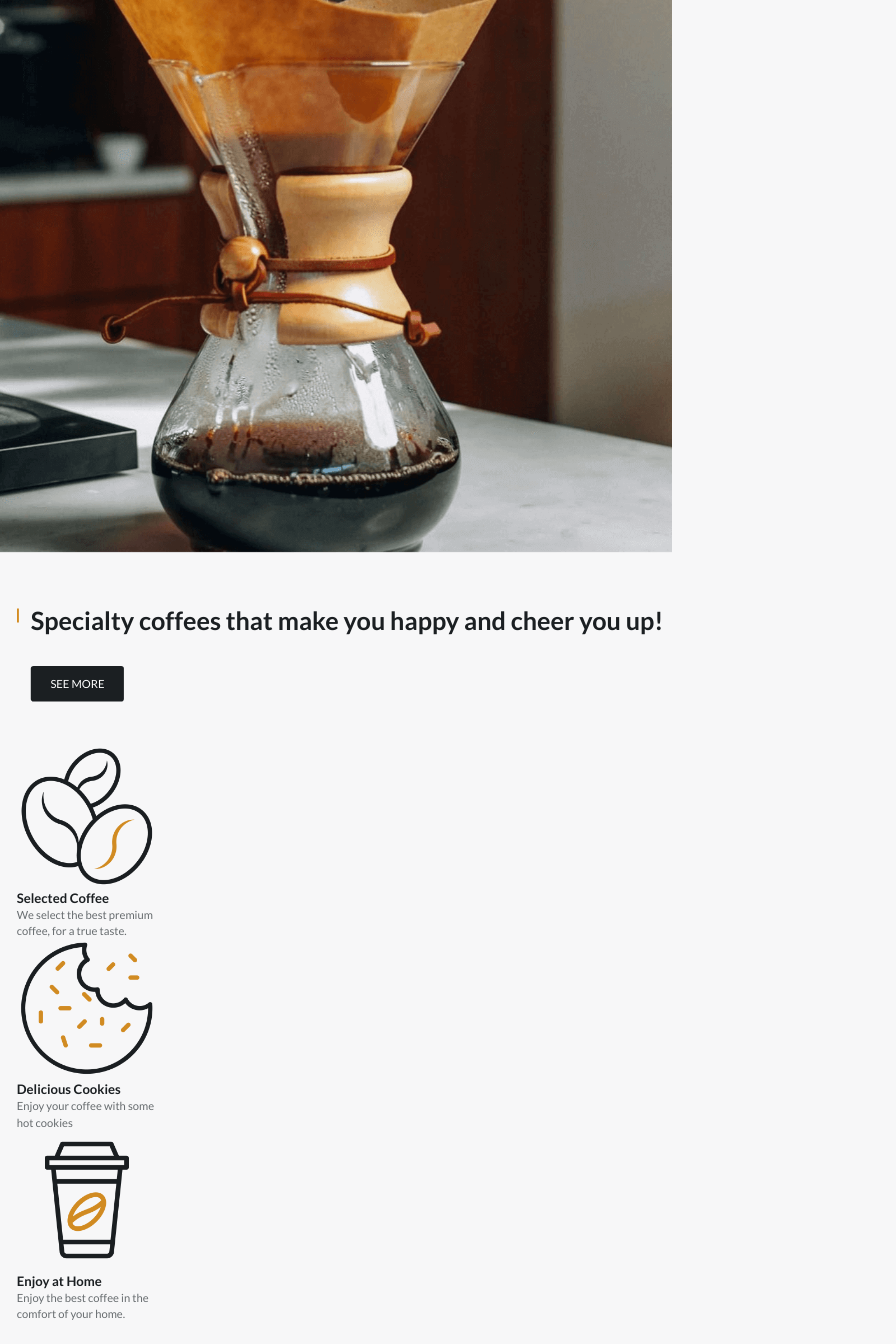
Repository: phong121020/coffee-responsive
Page: index.html
The author's editor kept a copy of each file at every save. The page is drawn from the files as they stood at one save, then again after the next save.
The browser window is 1280 px wide. The pictures show the part of the page from y = 746 to 2666 px (the page is 2666 px tall), at 70% of full size.

Above is the page before, as saved 2022-03-06 19:00:20.

### index.html
<!DOCTYPE html>
<html lang="en">
  <head>
    <meta charset="UTF-8" />
    <meta http-equiv="X-UA-Compatible" content="IE=edge" />
    <meta name="viewport" content="width=device-width, initial-scale=1.0" />
    <!-- link -->
    <link rel="stylesheet" href="./assets/css/style.css" />
    <!-- favicon -->
    <link
      rel="shortcut icon"
      href="./assets/img/favicon.png"
      type="image/x-icon"
    />
    <title>Document</title>
    <!-- boxicon -->
    <link
      href="https://unpkg.com/boxicons@2.1.1/css/boxicons.min.css"
      rel="stylesheet"
    />
  </head>
  <body>
    <!-- HEADER -->
    <header class="header" id="header">
      <nav class="nav container">
        <a href="#" class="nav__logo">
          <img src="./assets/img/logo.png" alt="" class="nav__logo-img" />
          Coffee.
        </a>
        <div class="nav__menu" id="nav-menu">
          <ul class="nav__list">
            <li class="nav__item">
              <a href="#home" class="nav__link">Home</a>
            </li>
            <li class="nav__item">
              <a href="#products" class="nav__link">Products</a>
            </li>
            <li class="nav__item">
              <a href="#premium" class="nav__link">Premium</a>
            </li>
            <li class="nav__item">
              <a href="#blog" class="nav__link">Blog</a>
            </li>
          </ul>
          <div class="nav__close" id="nav-close">
            <i class="bx bx-x"></i>
          </div>
        </div>
        <!-- Toggle button -->
        <div class="nav__toggle" id="nav-toggle">
          <i class="bx bx-grid-alt"></i>
        </div>
      </nav>
    </header>
    <!-- MAIN -->
    <main>
      <!-- HOME -->
      <section class="home grid" id="home">
        <div class="home__container">
          <div class="home__content container">
            <h1 class="home__title">
              Choose Your Favorite Coffe And Enjoy <span>.</span>
            </h1>
            <p class="home__desc">Buy the best and delicious coffees</p>
            <div class="home__data">
              <div class="home__data-group">
                <h2 class="home__data-number">120K</h2>
                <h3 class="home__data-title">Testimonials</h3>
                <p class="home__data-desc">
                  Testimonials from various customers who trust us.
                </p>
              </div>
              <div class="home__data-group">
                <h2 class="home__data-number">340+</h2>
                <h3 class="home__data-title">Exclusive Product</h3>
                <p class="home__data-desc">
                  Premium preparation with quality ingredients.
                </p>
              </div>
            </div>
            <a href="#specialty">
              <img src="./assets/img/scroll.png" alt="" class="home__scroll" />
            </a>
          </div>
        </div>
        <img src="./assets/img/home.png" alt="" class="home__img" />
      </section>
      <!-- ESPECIALTY-->
      <div class="specialty section container">
        <div class="specialty__container">
          <div class="specialty__box">
            <h2 class="section__title">
              Specialty coffees that make you happy and cheer you up!
            </h2>
            <div>
              <a href="#" class="button specialty__button">See more</a>
            </div>
          </div>
          <div class="specialty__catergory">
            <div class="specialty__group">
              <img
                src="./assets/img/specialty1.png"
                alt=""
                class="specialty__img"
              />
              <h3 class="specialty__title">Selected Coffee</h3>
              <p class="specialty__desc">
                We select the best premium coffee, for a true taste.
              </p>
            </div>
            <div class="specialty__group">
              <img
                src="./assets/img/specialty2.png"
                alt=""
                class="specialty__img"
              />
              <h3 class="specialty__title">Delicious Cookies</h3>
              <p class="specialty__desc">
                Enjoy your coffee with some hot cookies
              </p>
            </div>
            <div class="specialty__group">
              <img
                src="./assets/img/specialty3.png"
                alt=""
                class="specialty__img"
              />
              <h3 class="specialty__title">Enjoy at Home</h3>
              <p class="specialty__desc">
                Enjoy the best coffee in the comfort of your home.
              </p>
            </div>
          </div>
        </div>
      </div>
    </main>
    <!-- JS -->
    <script src="./assets/js/app.js"></script>
  </body>
</html>

### assets/css/style.css
/*=============== GOOGLE FONTS ===============*/
@import url("https://fonts.googleapis.com/css2?family=Lato:wght@400;700&display=swap");

/*=============== VARIABLES CSS ===============*/
:root {
  --header-height: 3.5rem;

  /*========== Colors ==========*/
  --first-color: hsl(36, 72%, 48%);
  --first-color-alt: hsl(36, 72%, 44%);
  --black-color: hsl(206, 12%, 12%);
  --card-color: hsl(0, 0%, 90%);
  --title-color: hsl(206, 12%, 12%);
  --text-color: hsl(206, 4%, 42%);
  --text-color-light: hsl(206, 4%, 75%);
  --body-color: hsl(206, 4%, 97%);
  --container-color: #fff;

  /*========== Font and typography ==========*/
  --body-font: "Lato", sans-serif;
  --biggest-font-size: 2.25rem;
  --h1-font-size: 1.5rem;
  --h2-font-size: 1.25rem;
  --h3-font-size: 1rem;
  --normal-font-size: 0.938rem;
  --small-font-size: 0.813rem;
  --smaller-font-size: 0.75rem;

  /*========== Font weight ==========*/
  --font-bold: 700;

  /*========== z index ==========*/
  --z-tooltip: 10;
  --z-fixed: 100;
}

@media screen and (min-width: 968px) {
  :root {
    --biggest-font-size: 3.5rem;
    --h1-font-size: 2.25rem;
    --h2-font-size: 1.5rem;
    --h3-font-size: 1.25rem;
    --normal-font-size: 1rem;
    --small-font-size: 0.875rem;
    --smaller-font-size: 0.813rem;
  }
}

/*=============== BASE ===============*/
* {
  box-sizing: border-box;
  padding: 0;
  margin: 0;
}

html {
  scroll-behavior: smooth;
}

body {
  font-family: var(--body-font);
  font-size: var(--normal-font-size);
  background-color: var(--body-color);
  color: var(--text-color);
}

h1,
h2,
h3 {
  color: var(--title-color);
  font-weight: var(--font-bold);
}

h1,
h2,
h3,
p {
  line-height: 140%;
}

ul {
  list-style: none;
}

a {
  text-decoration: none;
}

img {
  max-width: 100%;
  height: auto;
}

button {
  border: none;
  outline: none;
  cursor: pointer;
}

/*=============== REUSABLE CSS CLASSES ===============*/
.container {
  max-width: 1024px;
  margin-left: 1.5rem;
  margin-right: 1.5rem;
}

.grid {
  display: grid;
  gap: 1.5rem;
}

.section {
  padding: 4.5rem 0 2rem;
}

.section__title {
  position: relative;
  font-size: var(--h1-font-size);
  padding-left: 1.25rem;
  margin-bottom: 2.5rem;
}

.section__title::before {
  content: "";
  position: absolute;
  top: 8px;
  left: 0;
  width: 3px;
  height: 20px;
  background-color: var(--first-color);
}

/* HEADER & NAV */
.header {
  width: 100%;
  background-color: transparent;
  position: fixed;
  top: 0;
  left: 0;
  right: 0;
  z-index: var(--z-fixed);
}
.nav {
  height: var(--header-height);
  display: flex;
  justify-content: space-between;
  align-items: center;
}
.nav__logo,
.nav__toggle {
  color: #fff;
}
.nav__logo {
  display: flex;
  align-items: center;
  justify-content: center;
  column-gap: 0.5rem;
  font-weight: var(--font-bold);
}
.nav__logo-img {
  width: 0.75rem;
}
.nav__toggle {
  display: inline-flex;
  font-size: 1.15rem;
  cursor: pointer;
}

@media screen and (max-width: 767px) {
  .nav__menu {
    position: fixed;
    top: 0;
    right: -100%;
    background-color: var(--black-color);
    width: 100%;
    height: 100%;
    transition: 0.3s;
  }
  .nav__menu.is-show {
    right: 0;
  }
}
.nav__list {
  display: flex;
  flex-direction: column;
  text-align: center;
  row-gap: 3rem;
  padding-top: 9rem;
}
.nav__link {
  text-transform: uppercase;
  color: var(--text-color-light);
  transition: 0.3s;
}
.nav__link:hover {
  color: #fff;
}
.nav__close {
  font-size: 2rem;
  position: absolute;
  top: 1rem;
  right: 1rem;
  color: #fff;
  cursor: pointer;
}
/* HOME */
.home {
  gap: 0;
}
.home__container {
  padding: 7rem 0 2.5rem;
  background: linear-gradient(
    160deg,
    hsla(206, 4%, 24%, 1) -4%,
    hsla(206, 12%, 12%, 1) 46%
  );
}
.home__content {
  position: relative;
}
.home__title,
.home__data-title {
  color: #fff;
}
.home__title {
  font-size: var(--biggest-font-size);
  margin-bottom: 1.5rem;
}
.home__title span {
  color: var(--first-color);
}
.home__desc {
  margin-bottom: 2rem;
}
.home__data {
  border-top: 1px solid var(--text-color);
  padding-top: 2rem;
  display: grid;
  grid-template-columns: repeat(2, 1fr);
  column-gap: 1.5rem;
}
.home__data-title {
  font-size: var(--h3-font-size);
  margin-bottom: 0.5rem;
}
.home__scroll {
  position: absolute;
  width: 100px;
  bottom: -7rem;
  left: 0;
  right: 0;
  margin: 0 auto;
  animation: scroll 3s infinite;
}
/* SCROLL IMAGE ANIMATE */
@keyframes scroll {
  0% {
    transform: translateY(0);
  }
  50% {
    transform: translateY(-0.5rem);
  }
  100% {
    transform: translateY(0);
  }
}
/* CHANGE BACKGROUND HEADER */
.scroll-header {
  background-color: var(--body-color);
  box-shadow: 0 1px 4px hsla(0, 4%, 15%, 0.1);
}
.scroll-header .nav__logo,
.scroll-header .nav__toggle {
  color: var(--title-color);
}
.scroll-header .nav__logo-img {
  mix-blend-mode: difference;
}

/* BUTTON */
.button {
  display: inline-block;
  background-color: var(--black-color);
  color: #fff;
  padding: 1rem 1.75rem;
  border-radius: 0.25rem;
  font-size: var(--normal-font-size);
  text-transform: uppercase;
}

/* SPECIALTY */
.specialty__button {
  margin-left: 1.25rem;
}
.specialty__catergory {
  margin-top: 4rem;
  display: grid;
  grid-template-columns: 200px;
}

### assets/js/app.js
// SHOW MENU
const navToggle = document.querySelector(".nav__toggle");
const navMenu = document.querySelector(".nav__menu");
const navClose = document.querySelector(".nav__close");
const navItem = document.querySelectorAll(".nav__item");
// MENU SHOW
if (navToggle) {
  navToggle.addEventListener("click", function () {
    navMenu.classList.add("is-show");
  });
}
//  MENU HIDDEN
if (navClose) {
  navClose.addEventListener("click", function () {
    navMenu.classList.remove("is-show");
  });
}
// REMOVE MENU MOBILE
[...navItem].forEach((item) =>
  item.addEventListener("click", function () {
    navMenu.classList.remove("is-show");
  })
);
//CHANGE BACKGROUND HEADER
function scrollHeader() {
  const header = document.getElementById("header");
  // When the scroll is greater than 50 viewport height, add the scroll-header class to the header tag
  if (this.scrollY >= 50) {
    header.classList.add("scroll-header");
    // console.log(this);
  } else header.classList.remove("scroll-header");
}
window.addEventListener("scroll", scrollHeader);

After the next save:
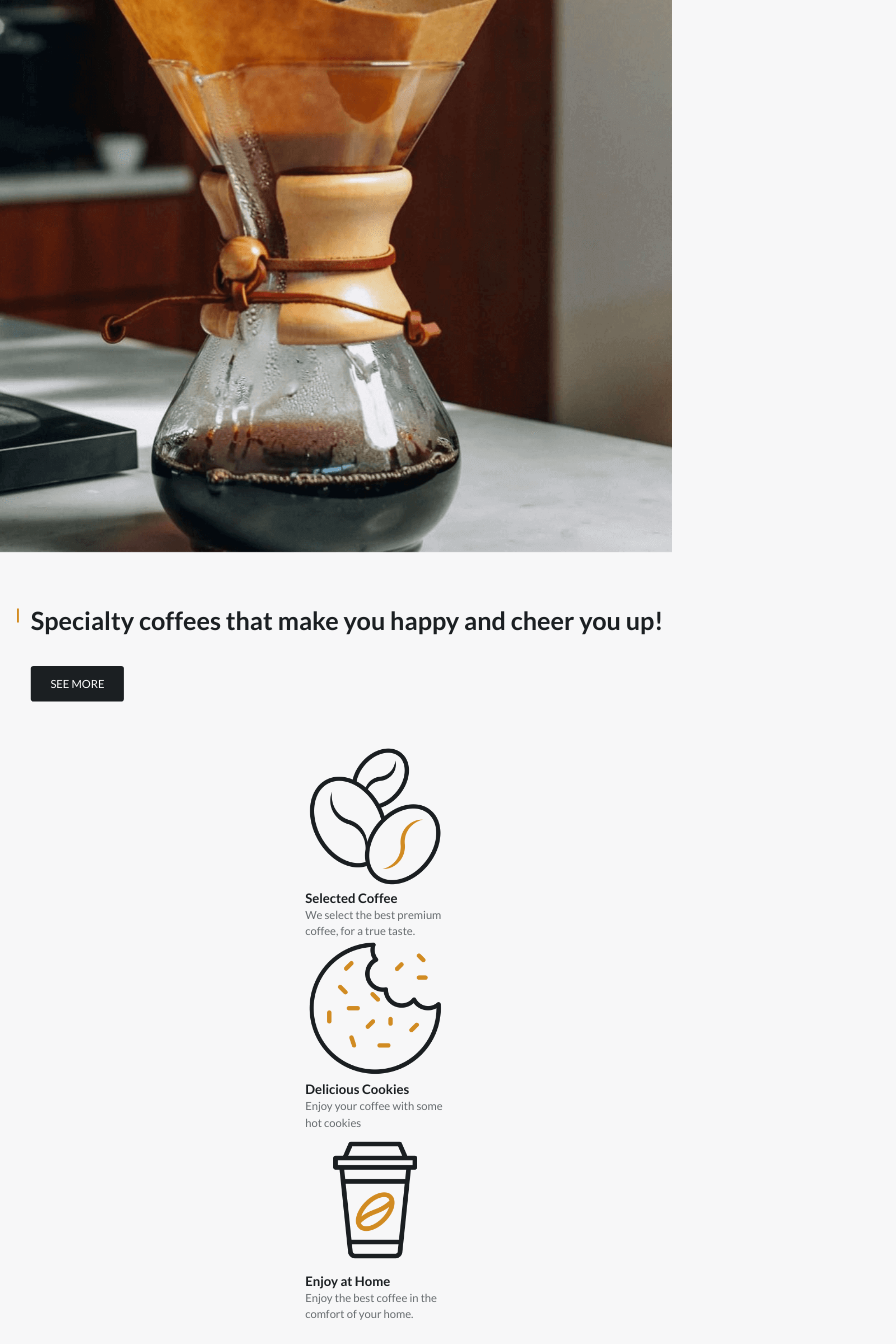
Saved 8 s later.
--- a/assets/css/style.css
+++ b/assets/css/style.css
@@ -296,4 +296,5 @@ button {
   margin-top: 4rem;
   display: grid;
   grid-template-columns: 200px;
-}
+  justify-content: center;
+}
